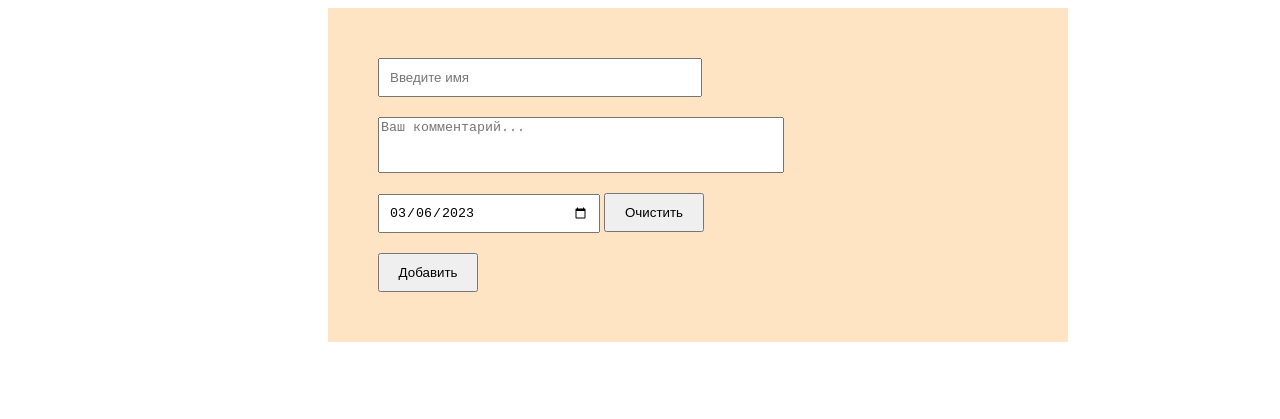
Repository: Grid-Master/commentList
Page: index.html
These files come from the project's save history. The page is drawn as it stood at one moment and after the next save; the edit follows.
The browser window is 1280 px wide. The pictures show the whole page.

Above is the page before, as saved 2023-03-12 23:47:48.

### index.html
<!DOCTYPE html>
<html lang="en">
  <head>
    <meta charset="UTF-8" />
    <meta http-equiv="X-UA-Compatible" content="IE=edge" />
    <meta name="viewport" content="width=device-width, initial-scale=1.0" />
    <title>Comments</title>
    <style>
      form {
        width: 50vw;
        margin-left: 25vw;
        background-color: bisque;
        display: flex;
        flex-direction: column;
        padding: 50px;
      }

      input[type='text'] {
        width: 300px;
        padding: 10px;
        margin-bottom: 20px;
      }
      textarea {
        width: 400px;
        height: 50px;
        resize: none;
        margin-bottom: 20px;
      }

      input[type='date'] {
        width: 200px;
        padding: 9px;
        margin-bottom: 20px;
      }

      button {
        width: 100px;
        padding: 10px;
      }

      #nameReq,
      #commentReq {
        color: red;
      }

      .unliked {
        background-image: url('./images/istockphoto-1136351242-612x612.jpg');
        background-size: cover;
        cursor: pointer;
      }
      .liked {
        background-image: url('./images/Multimedia__28107_29.jpg');
      }

      .input-container {
        display: flex;
        align-items: center;
      }
    </style>
  </head>
  <body>
    <form onsubmit="addComment(); return false">
      <div class="input-container">
        <input id="name" type="text" placeholder="Введите имя" required />
        <h3 id="nameReq"></h3>
      </div>
      <div class="input-container">
        <textarea id="comment" placeholder="Ваш комментарий..." required></textarea>
        <h3 id="commentReq"></h3>
      </div>
      <div>
        <input type="date" id="date" />
        <button type="button" onclick="clearDate()">Очистить</button>
      </div>
      <button type="submit">Добавить</button>
    </form>
    <ul id="commentList"></ul>
    <script src="./script.js"></script>
  </body>
</html>

### script.js
let nameReq = document.getElementById('nameReq');
let commentReq = document.getElementById('commentReq');
let nameInput = document.getElementById('name');
let commentInput = document.getElementById('comment');
let dateInput = document.getElementById('date');
document.getElementById('date').valueAsDate = new Date();

function clearDate() {
  document.getElementById('date').valueAsDate = null;
}

nameInput.addEventListener('change', () => {
  if (nameInput.value == '') {
    nameReq.innerText = 'Введите имя!';
  } else {
    nameReq.innerText = '';
  }
});

commentInput.addEventListener('change', () => {
  if (commentInput.value == '') {
    commentReq.innerText = 'Введите комментарий!';
  } else {
    commentReq.innerText = '';
  }
});

function addComment() {
  let name = nameInput.value;
  let comment = commentInput.value;
  let date = dateInput.valueAsDate;
  let list = document.getElementById('commentList');

  let nameEl = document.createElement('h3');
  let commentEl = document.createElement('p');
  let dateEl = document.createElement('h4');
  let deleteEl = document.createElement('button');
  let likeEl = document.createElement('div');
  let container = document.createElement('div');

  nameEl.innerHTML = name;
  commentEl.innerHTML = comment;
  deleteEl.textContent = 'Удалить комментарий';
  likeEl.style.width = '100px';
  likeEl.style.height = '100px';
  likeEl.className = 'unliked';

  deleteEl.addEventListener('click', () => {
    deleteEl.parentElement.remove();
  });

  likeEl.addEventListener('click', () => {
    likeEl.classList.toggle('liked');
  });
  if (date != null) {
    if (date.toLocaleDateString() == new Date().toLocaleDateString()) {
      dateEl.innerHTML = `Сегодня в ${new Date().toLocaleTimeString()}`;
      container.append(nameEl, commentEl, dateEl, deleteEl, likeEl);
    } else if (date.toLocaleDateString() == new Date(Date.now() - 86400000).toLocaleDateString()) {
      dateEl.innerHTML = `Вчера в ${new Date().toLocaleTimeString()}`;
      container.append(nameEl, commentEl, dateEl, deleteEl, likeEl);
    } else {
      dateEl.innerHTML = `${date.toLocaleDateString()} в ${new Date().toLocaleTimeString()}`;
      container.append(nameEl, commentEl, dateEl, deleteEl, likeEl);
    }
  } else {
    container.append(nameEl, commentEl, deleteEl, likeEl);
  }
  list.append(container);
  nameInput.value = '';
  commentInput.value = '';
  dateInput.value = null;
}

After the next save:
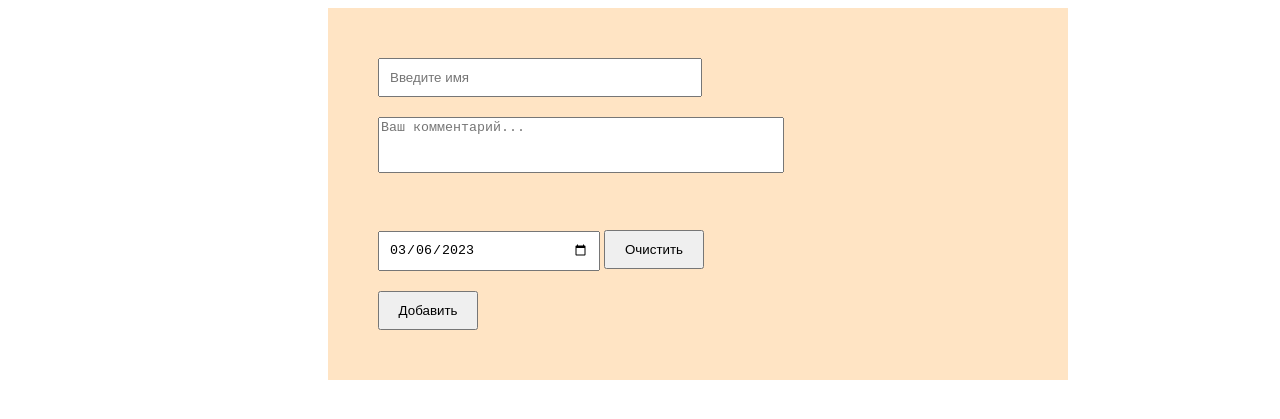
Saved 20 s later.
--- a/index.html
+++ b/index.html
@@ -64,10 +64,10 @@
         <input id="name" type="text" placeholder="Введите имя" required />
         <h3 id="nameReq"></h3>
       </div>
-      <div class="input-container">
-        <textarea id="comment" placeholder="Ваш комментарий..." required></textarea>
-        <h3 id="commentReq"></h3>
-      </div>
+
+      <textarea id="comment" placeholder="Ваш комментарий..." required></textarea>
+      <h3 id="commentReq"></h3>
+
       <div>
         <input type="date" id="date" />
         <button type="button" onclick="clearDate()">Очистить</button>

After the save that followed:
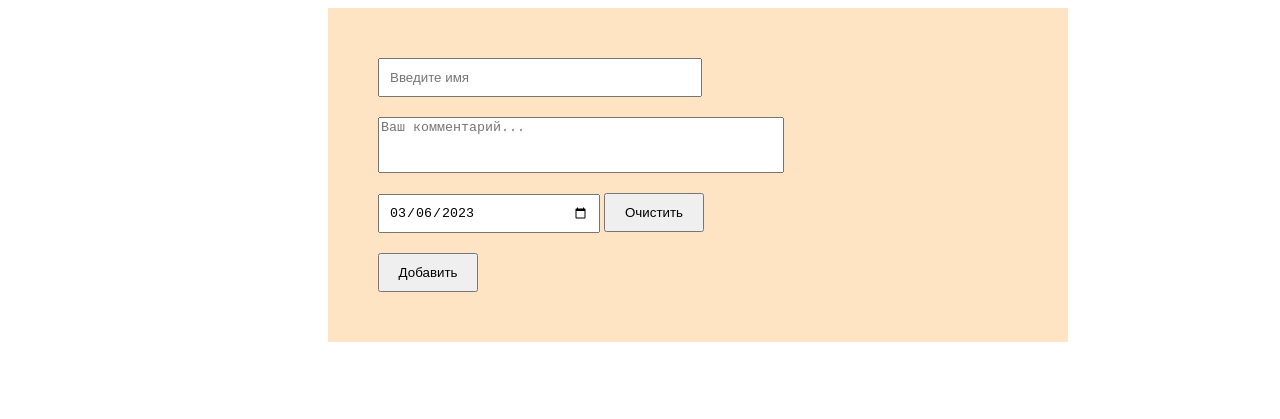
Saved 16 s later.
--- a/index.html
+++ b/index.html
@@ -64,10 +64,10 @@
         <input id="name" type="text" placeholder="Введите имя" required />
         <h3 id="nameReq"></h3>
       </div>
-
-      <textarea id="comment" placeholder="Ваш комментарий..." required></textarea>
-      <h3 id="commentReq"></h3>
-
+      <div class="input-container">
+        <textarea id="comment" placeholder="Ваш комментарий..." required></textarea>
+        <h3 id="commentReq"></h3>
+      </div>
       <div>
         <input type="date" id="date" />
         <button type="button" onclick="clearDate()">Очистить</button>
